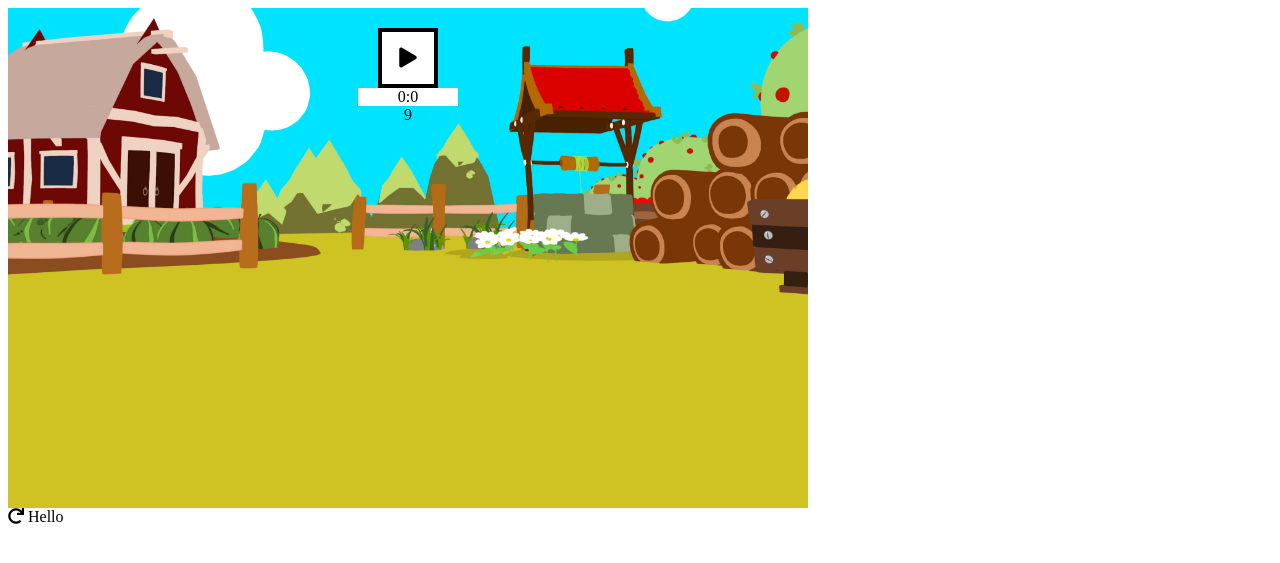
Repository: DevMinwoo-Jung/JavaScript101
Page: WebApIs/carrotClone/index.html
An editor plug-in stored every save of this project. The page is shown before and after the next save, followed by the edit.
The browser window is 1280 px wide. The pictures show the whole page.

Above is the page before, as saved 2021-06-22 14:41:15.

After the next save:
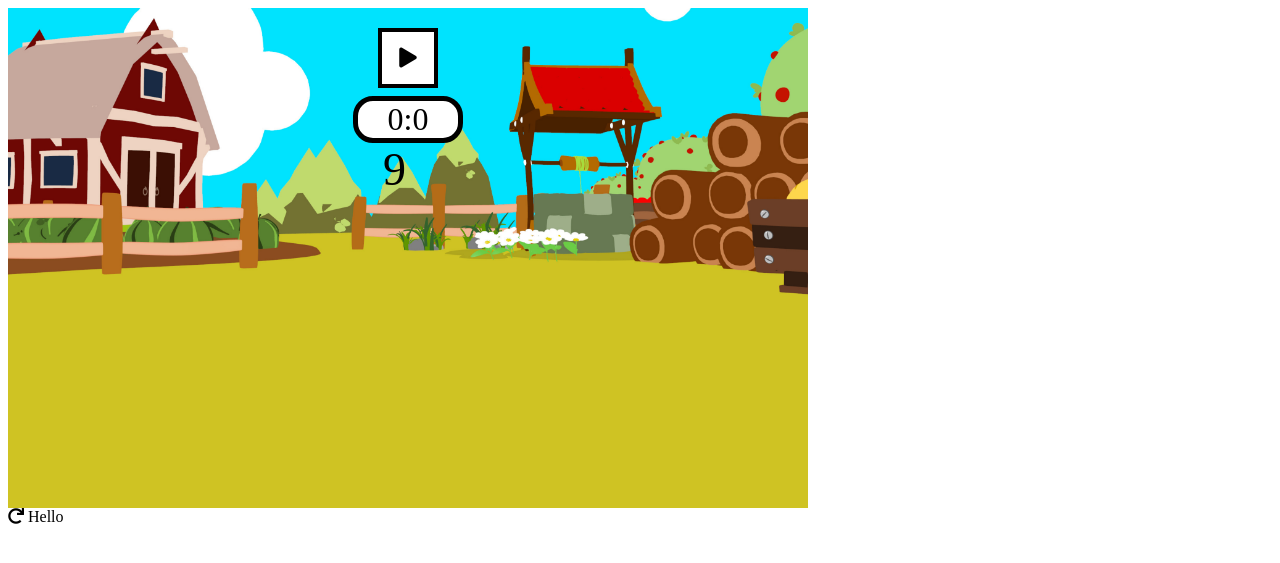
Saved 53 s later.
--- a/WebApIs/carrotClone/style.css
+++ b/WebApIs/carrotClone/style.css
@@ -35,6 +35,16 @@ button {
   width: 100px;
   background-color: white;
   text-align: center;
+  border: 5px solid black;
+  font-size: 32px;
+  margin-top: 8px;
+  border-radius: 20px;
+}
+
+.game__score {
+  width: 50px;
+  height: 50px;
+  font-size: 46px;
 }
 
 .game__field {
